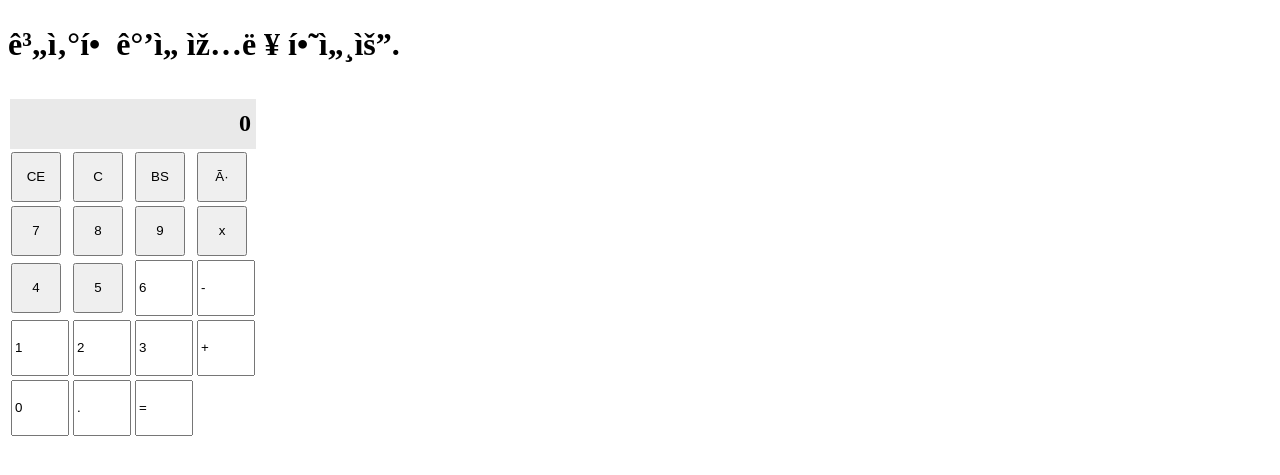
Repository: soyamilk0705/spring-newlecture
Page: http://localhost/JSPPrj/calculator.jsp
These files come from the project's save history. The page is drawn as it stood at one moment and after the next save; the edit follows.
The browser window is 1280 px wide. The pictures show the whole page.
The page is served by Tomcat 9. Other server files are loaded and not shown.

Above is the page before, as saved 2024-01-13 13:01:00.

### ServeltAndJsp/JSPPrj/WebContent/calculator.jsp
<!DOCTYPE html>
<html>
<head>
<meta charset="UTF-8">
<title>Insert title here</title>
<style>
input{
	width: 50px;
	height: 50px;
}
.output{
	height: 50px;
	background: #e9e9e9;
	font-size: 24px;
	font-weight: bold;
	text-align: right;
	padding: 0px 5px;
}
</style>
</head>
<body>
	<h1>계산할 값을 입력 하세요.</h1>
	<form action="/calc3" method="post">
		<table>
			<tr>
				<td class="output" colspan="4">0</td>
			</tr>
			<tr>
				<td><input type="submit" name="operator" value="CE" /></td>
				<td><input type="submit" name="operator" value="C" /></td>
				<td><input type="submit" name="operator" value="BS" /></td>
				<td><input type="submit" name="operator" value="÷" /></td>
			</tr>
			<tr>
				<td><input type="submit" name="value" value="7" /></td>
				<td><input type="submit" name="value" value="8" /></td>
				<td><input type="submit" name="value" value="9" /></td>
				<td><input type="submit" name="operator" value="x" /></td>
			</tr>
			<tr>
				<td><input type="submit" name="value" value="4" /></td>
				<td><input type="submit" name="value" value="5" /></td>
				<td><input type="" name="value" value="6" /></td>
				<td><input type="" name="operator" value="-" /></td>
			</tr>
			<tr>
				<td><input type="" name="value" value="1" /></td>
				<td><input type="" name="value" value="2" /></td>
				<td><input type="" name="value" value="3" /></td>
				<td><input type="" name="operator" value="+" /></td>
			</tr>
			<tr>
				<td><input type="" name="value" value="0" /></td>
				<td><input type="" name="dot" value="." /></td>
				<td><input type="" name="operator" value="=" /></td>
			</tr>
		</table>
	</form>
</body>
</html>

After the next save:
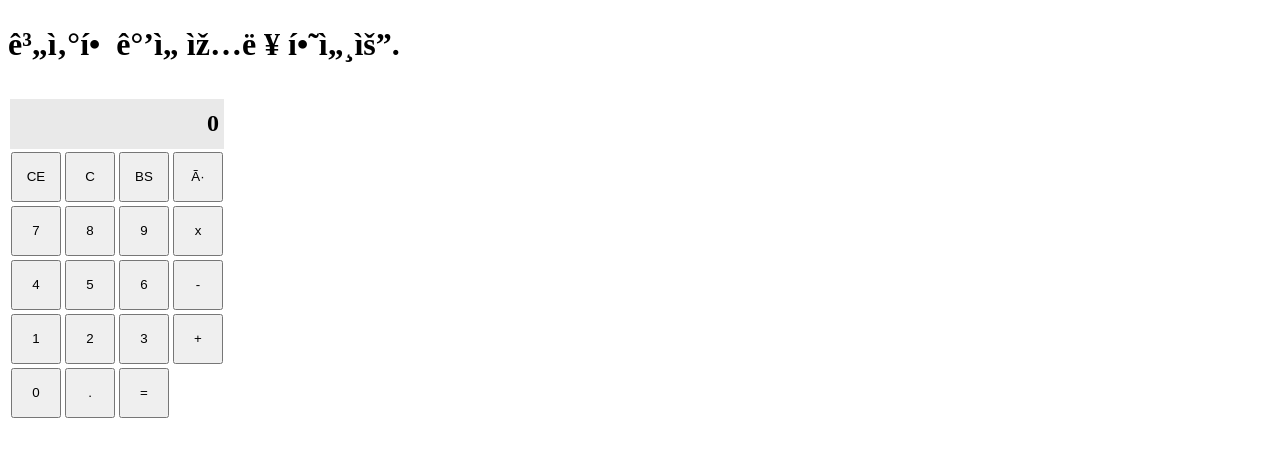
Saved 10 s later.
--- a/ServeltAndJsp/JSPPrj/WebContent/calculator.jsp
+++ b/ServeltAndJsp/JSPPrj/WebContent/calculator.jsp
@@ -40,19 +40,19 @@ input{
 			<tr>
 				<td><input type="submit" name="value" value="4" /></td>
 				<td><input type="submit" name="value" value="5" /></td>
-				<td><input type="" name="value" value="6" /></td>
-				<td><input type="" name="operator" value="-" /></td>
+				<td><input type="submit" name="value" value="6" /></td>
+				<td><input type="submit" name="operator" value="-" /></td>
 			</tr>
 			<tr>
-				<td><input type="" name="value" value="1" /></td>
-				<td><input type="" name="value" value="2" /></td>
-				<td><input type="" name="value" value="3" /></td>
-				<td><input type="" name="operator" value="+" /></td>
+				<td><input type="submit" name="value" value="1" /></td>
+				<td><input type="submit" name="value" value="2" /></td>
+				<td><input type="submit" name="value" value="3" /></td>
+				<td><input type="submit" name="operator" value="+" /></td>
 			</tr>
 			<tr>
-				<td><input type="" name="value" value="0" /></td>
-				<td><input type="" name="dot" value="." /></td>
-				<td><input type="" name="operator" value="=" /></td>
+				<td><input type="submit" name="value" value="0" /></td>
+				<td><input type="submit" name="dot" value="." /></td>
+				<td><input type="submit" name="operator" value="=" /></td>
 			</tr>
 		</table>
 	</form>
